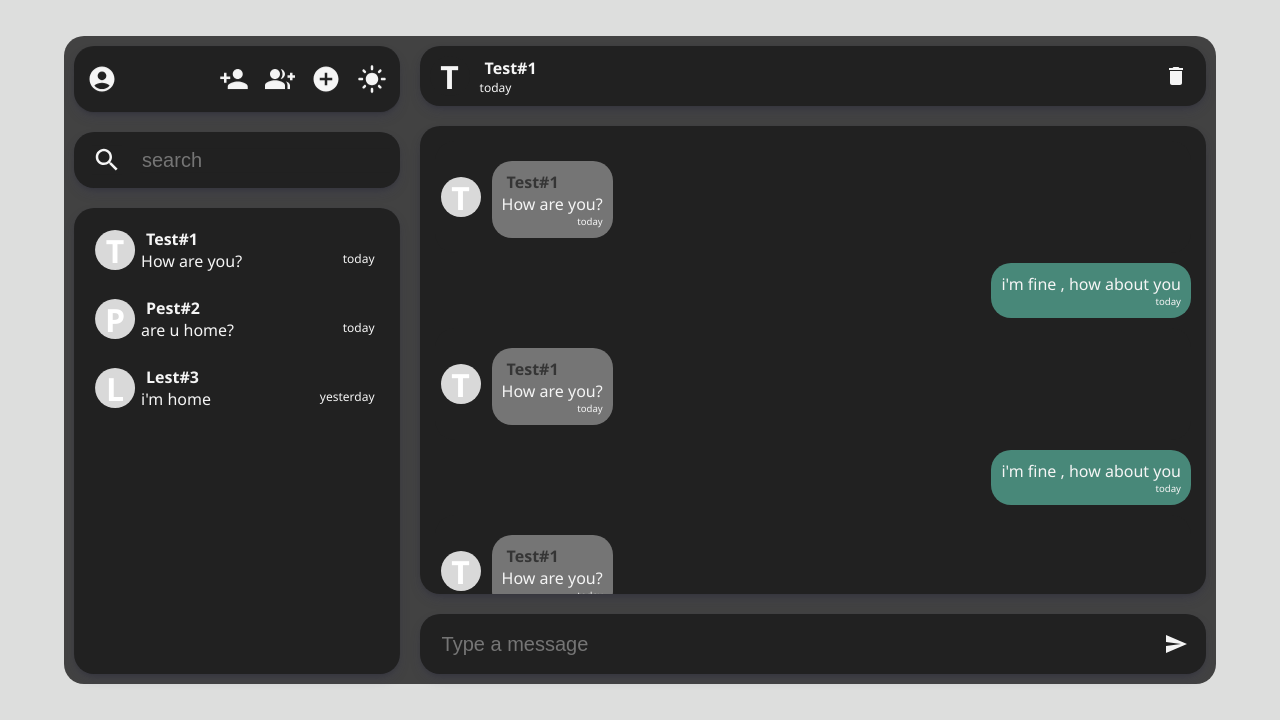
Repository: fatemesoleymanian/chat-app-mern
Page: /inbox/chatroom (app in Client/)
An editor plug-in stored every save of this project. The page is shown before and after the next save, followed by the edit.
The browser window is 1280 px wide. The pictures show the whole page.
An inner scrolling area shows only its first screen. The project was rebuilt for these pictures with package versions that can differ from the ones it lists, and the page was loaded fresh each time. Also part of the build but not shown: Client/src/Styles/login.css, Client/src/Pages/Auth/Login.tsx, Client/src/Styles/welcome.css, Client/src/Pages/Welcome.tsx, Client/src/Styles/users-groups.css, Client/src/Pages/Users.tsx, Client/src/Pages/Groups.tsx, Client/src/Pages/CreateGroups.tsx.

Above is the page before, as saved 2023-05-30 22:14:03.

After the next save:
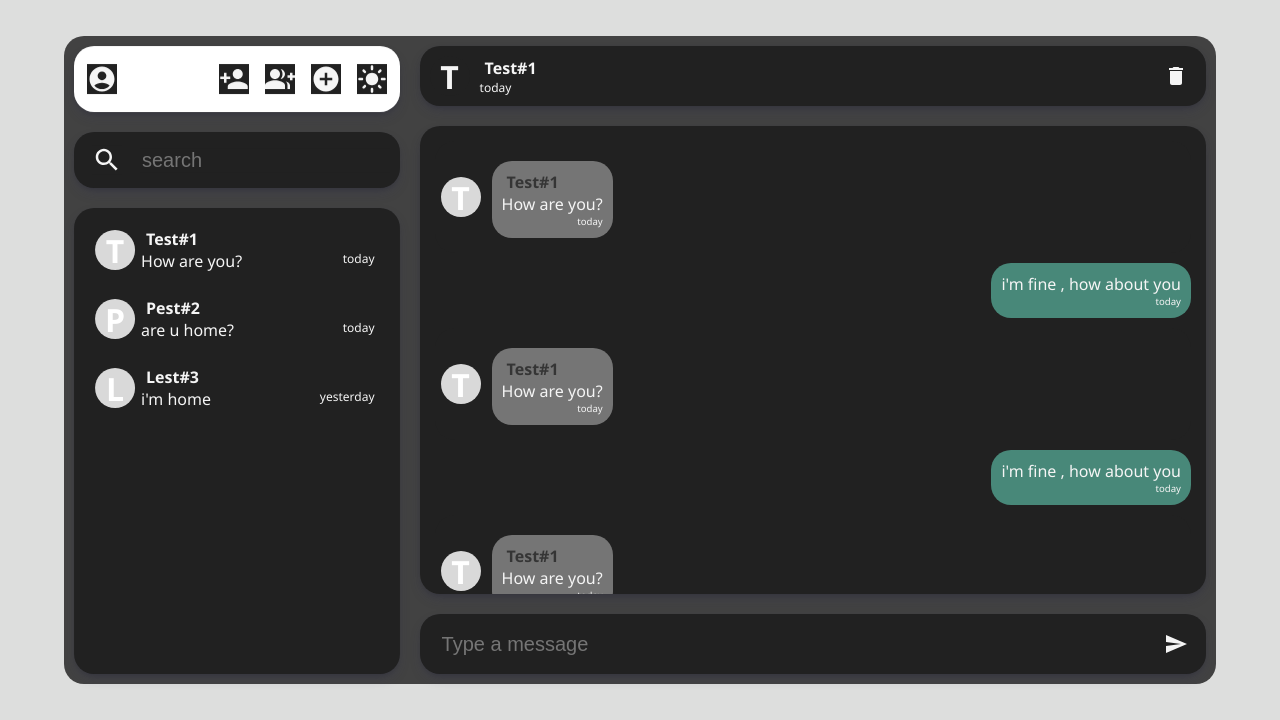
Saved 26 s later.
--- a/Client/src/Components/Layout/SideBar.jsx
+++ b/Client/src/Components/Layout/SideBar.jsx
@@ -62,7 +62,7 @@
                     transition={{
                         ease: "anticipate",
                         duration: "0.4"
-                    }} className={"sb-header" + (lightTheme ? "" : " dark")}>{lightTheme}
+                    }} className={"sb-header" + (!lightTheme ? "" : " dark")}>{lightTheme}
                     <div>
                         <IconButton>
                             <AccountCircleIcon className={"icon" + (lightTheme ? "" : " dark")} />

After the 4 saves that followed:
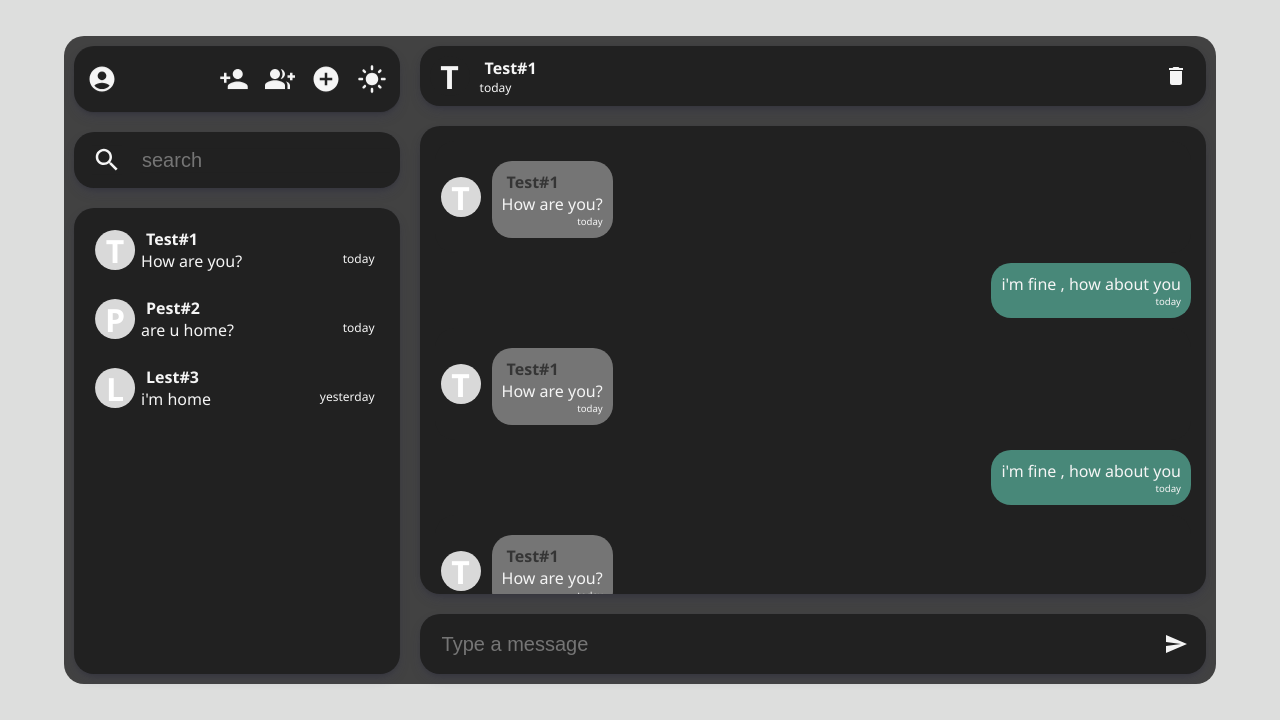
The 4 saves are shown as one change because 1 did not build or start and 2 left the picture as it was.
The last was saved 4 min 40 s later.
--- a/Client/src/Components/Layout/SideBar.jsx
+++ b/Client/src/Components/Layout/SideBar.jsx
@@ -62,7 +62,7 @@
                     transition={{
                         ease: "anticipate",
                         duration: "0.4"
-                    }} className={"sb-header" + (!lightTheme ? "" : " dark")}>{lightTheme}
+                    }} className={"sb-header" + (lightTheme ? "" : " dark")}>{lightTheme}
                     <div>
                         <IconButton>
                             <AccountCircleIcon className={"icon" + (lightTheme ? "" : " dark")} />
